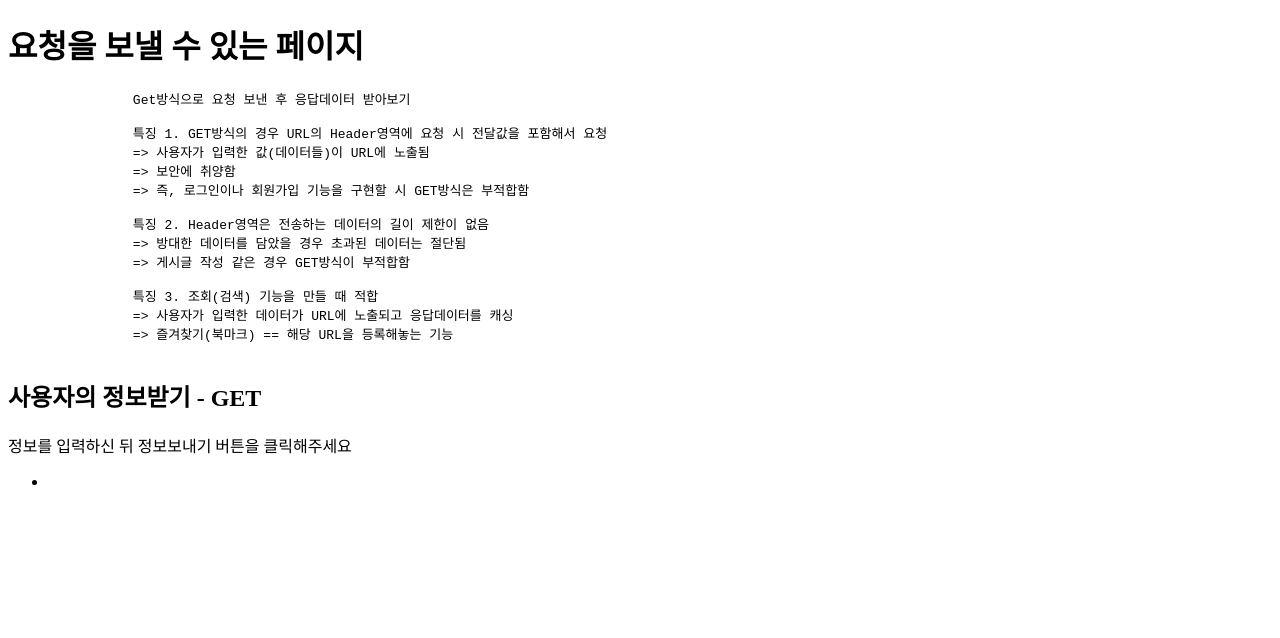
Repository: Simyoungdo04/dynamic-workspace
Page: FirstProject/src/main/webapp/views/request_get.html
These files come from the project's save history. The page is drawn as it stood at one moment and after the next save; the edit follows.
The browser window is 1280 px wide. The pictures show the whole page.

Above is the page before, as saved 2026-05-04 05:03:43.

After the next save:
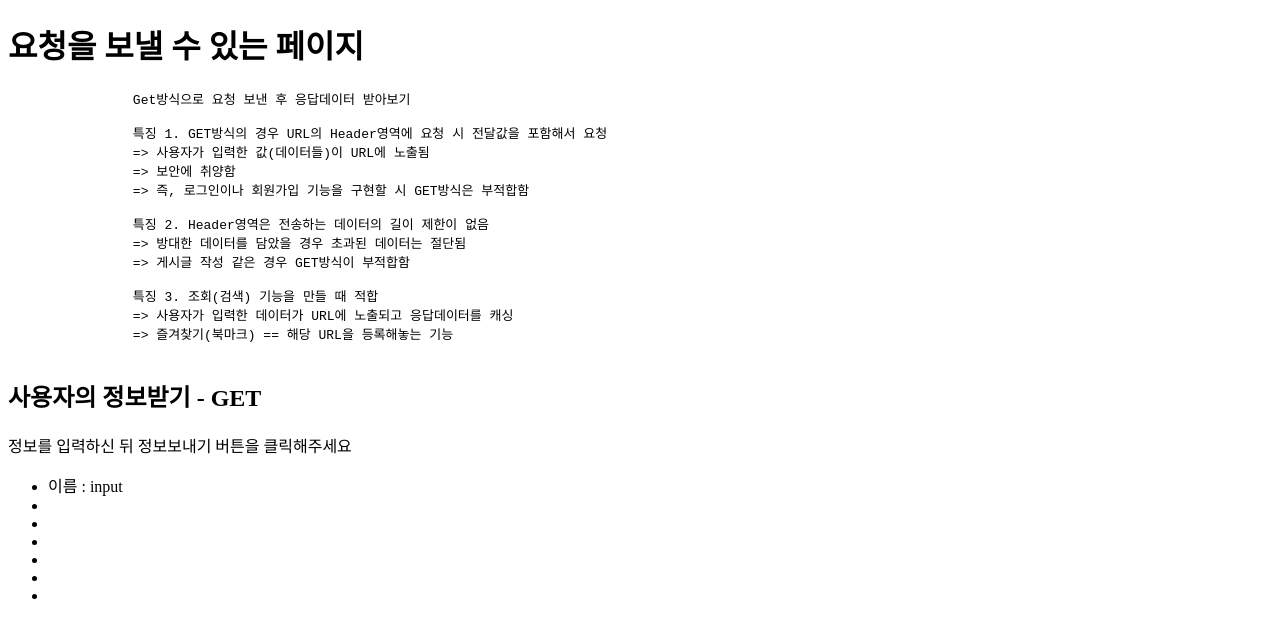
Saved 65 s later.
--- a/FirstProject/src/main/webapp/views/request_get.html
+++ b/FirstProject/src/main/webapp/views/request_get.html
@@ -30,6 +30,12 @@
 
 	<form method="get">
 		<ul>
+			<li>이름 : input<a></a></li>
+			<li></li>
+			<li></li>
+			<li></li>
+			<li></li>
+			<li></li>
 			<li></li>
 		</ul>
 	</form>
